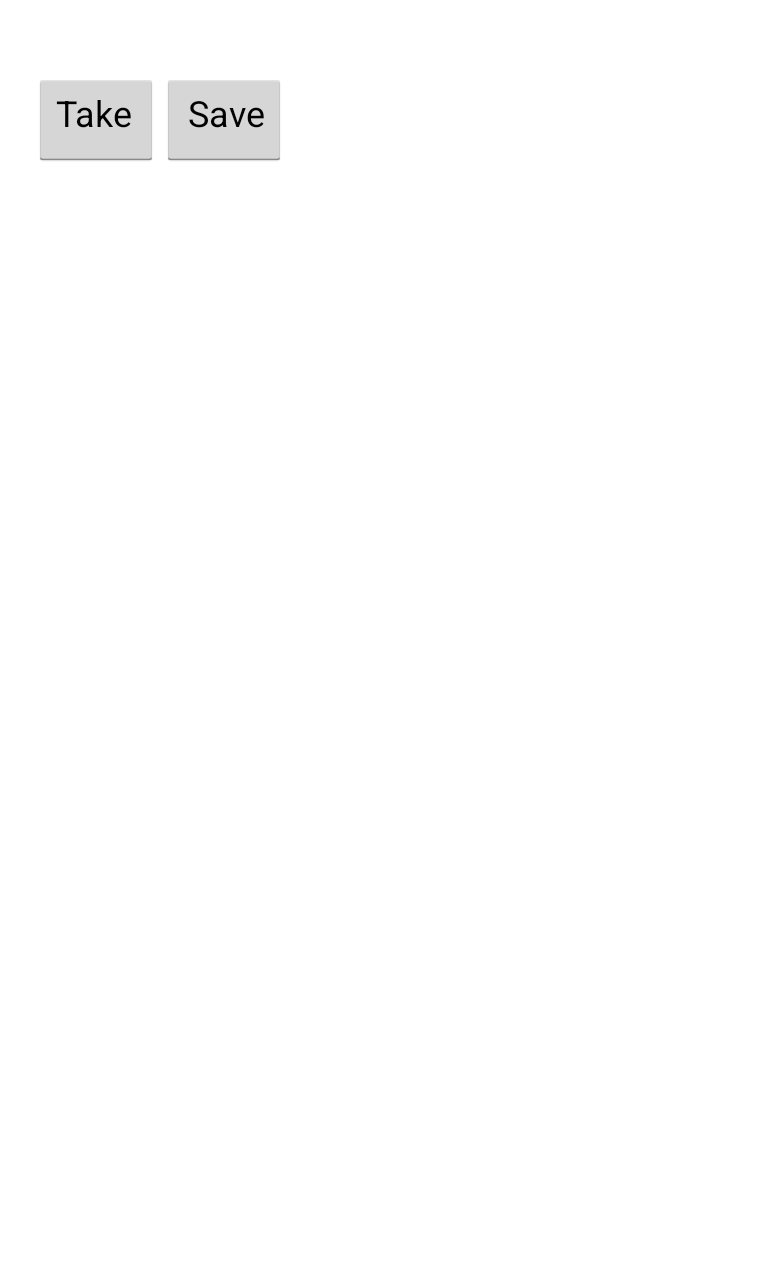
Repository: jellydiamonds/Proto
Layout: Android/Camera/res/layout/activity_main.xml
An editor plug-in stored every save of this project. The layout is shown before and after the next save, followed by the edit.
It is drawn on a 768 x 1280 px phone screen (xhdpi) without system bars, with theme AppTheme; the app's code is not run.

Above is the layout before, as saved 2014-03-20 15:57:16.

### Android/Camera/res/layout/activity_main.xml
<RelativeLayout xmlns:android="http://schemas.android.com/apk/res/android"
    xmlns:tools="http://schemas.android.com/tools"
    android:layout_width="match_parent"
    android:layout_height="match_parent"
    android:paddingBottom="@dimen/activity_vertical_margin"
    android:paddingLeft="@dimen/activity_horizontal_margin"
    android:paddingRight="@dimen/activity_horizontal_margin"
    android:paddingTop="@dimen/activity_vertical_margin"
    tools:context=".MainActivity" >


        <LinearLayout
            android:id="@+id/layout2"
            android:layout_width="fill_parent"
            android:layout_height="wrap_content"
            android:orientation="horizontal"
             >

        	<Button
            	android:id="@+id/button1"
            	android:layout_width="wrap_content"
            	android:layout_height="wrap_content"
            	android:layout_marginTop="20dp"
            	android:gravity="left"
            	android:text="Take" />

        	<Button
            	android:id="@+id/button2"
            	android:layout_width="wrap_content"
            	android:layout_height="wrap_content"
            	android:layout_marginTop="20dp"
            	android:gravity="right"
            	android:text="Save"/>

        </LinearLayout>

        <ImageView
            android:id="@+id/imageView1"
            android:layout_width="wrap_content"
            android:layout_height="wrap_content"
            android:layout_marginTop="95dp"
            android:contentDescription="Image taken" />


</RelativeLayout>

Loaded but not shown: Android/Camera/res/values/styles.xml (common file); Android/Camera/res/values-v11/styles.xml (common file); Android/Camera/res/values-v14/styles.xml (common file); Android/Camera/res/values/dimens.xml (common file)

After the next save:
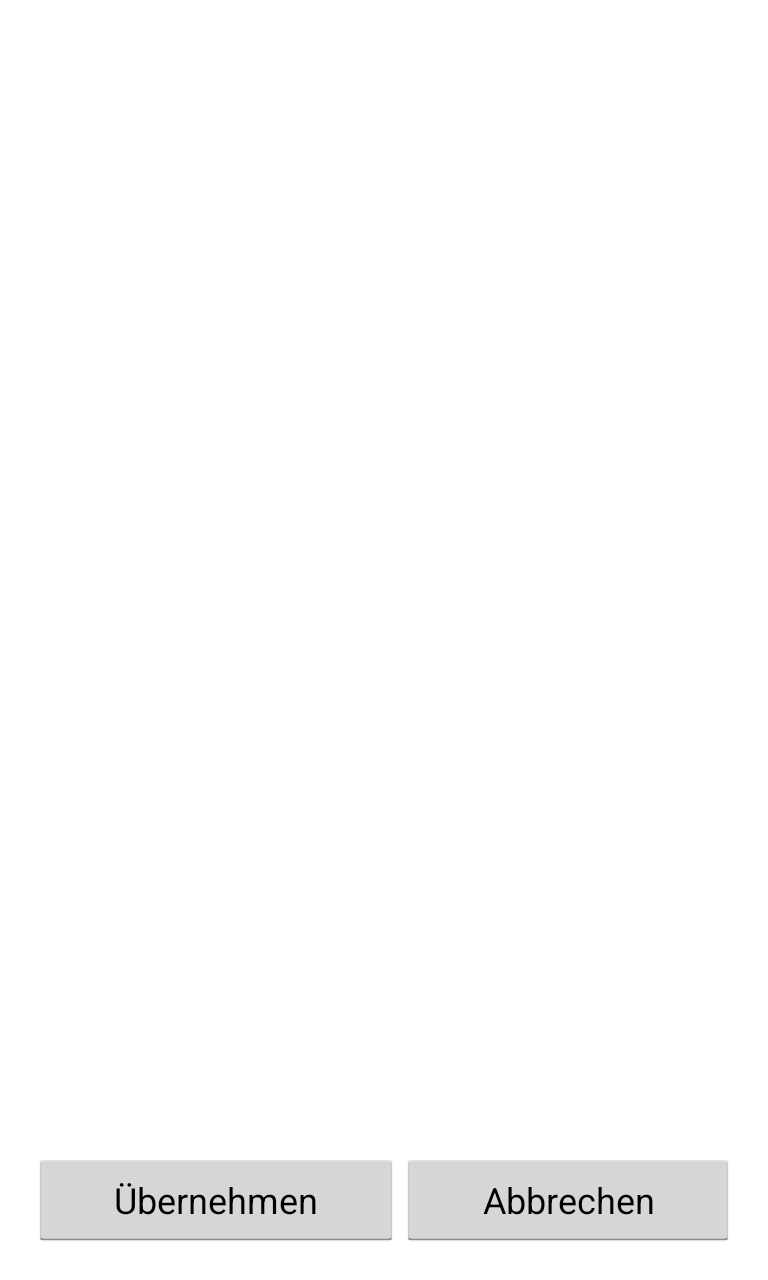
Saved 2 min 11 s later.
--- a/Android/Camera/res/layout/activity_main.xml
+++ b/Android/Camera/res/layout/activity_main.xml
@@ -10,28 +10,23 @@
 
 
         <LinearLayout
-            android:id="@+id/layout2"
-            android:layout_width="fill_parent"
-            android:layout_height="wrap_content"
-            android:orientation="horizontal"
-             >
-
-        	<Button
-            	android:id="@+id/button1"
-            	android:layout_width="wrap_content"
-            	android:layout_height="wrap_content"
-            	android:layout_marginTop="20dp"
-            	android:gravity="left"
-            	android:text="Take" />
-
-        	<Button
-            	android:id="@+id/button2"
-            	android:layout_width="wrap_content"
-            	android:layout_height="wrap_content"
-            	android:layout_marginTop="20dp"
-            	android:gravity="right"
-            	android:text="Save"/>
-
+                android:id="@+id/LinearLayout02"
+    			android:layout_height="wrap_content"
+    android:layout_width="fill_parent"
+    android:layout_alignParentBottom="true">
+    <Button
+        android:id="@+id/Button02"
+        android:layout_width="wrap_content"
+        android:layout_height="wrap_content"
+        android:layout_weight="1" android:text="Übernehmen">
+    </Button>
+    <Button
+        android:id="@+id/Button03"
+        android:layout_width="wrap_content"
+        android:layout_height="wrap_content"
+        android:layout_weight="1"
+        android:text="Abbrechen">
+    </Button>
         </LinearLayout>
 
         <ImageView
